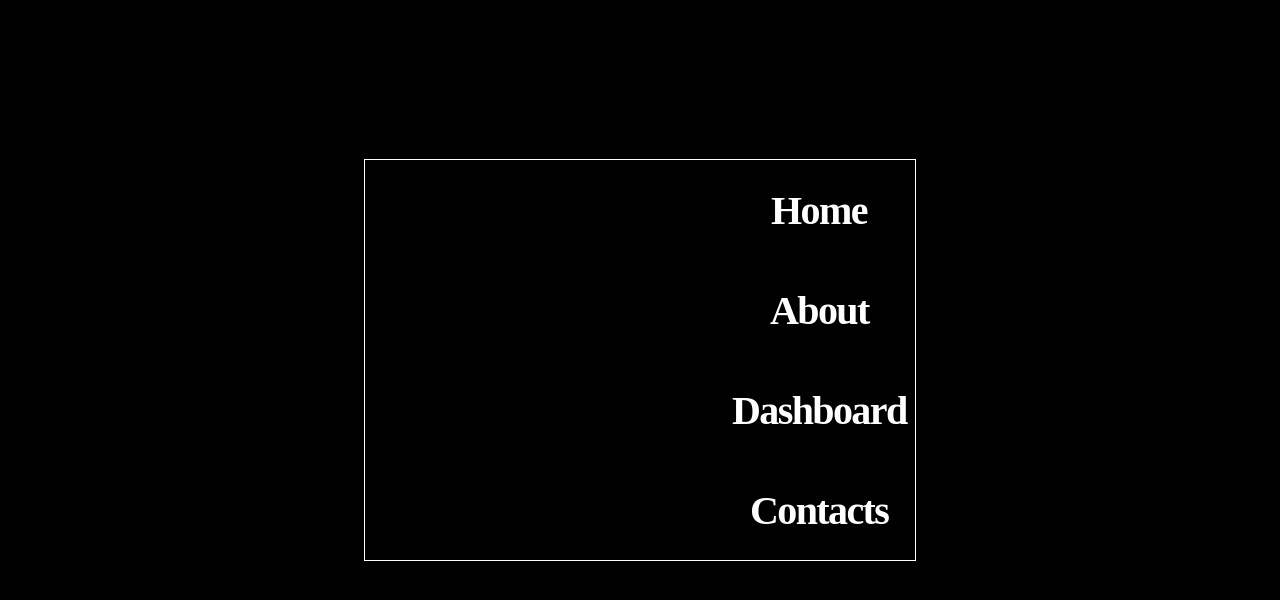
Repository: Rinzlerte/react-reveale-animation
Page: /menu
An editor plug-in stored every save of this project. The page is shown before and after the next save, followed by the edit.
The browser window is 1280 px wide. The pictures show the whole page.
The pointer rests on the first visible `.menu-box-link`.
The project was rebuilt for these pictures with package versions that can differ from the ones it lists, and the page was loaded fresh each time. Also part of the build but not shown: src/components/home/Featured.jsx, src/components/home/Header.jsx, src/components/ui/ArrowBtn.js, src/components/home/Home.jsx.

Above is the page before, as saved 2019-10-18 23:37:57.

### public/index.html
<!DOCTYPE html>
<html lang="en">
  <head>
    <meta charset="utf-8" />
    <link rel="icon" href="%PUBLIC_URL%/favicon.ico" />
    <meta name="viewport" content="width=device-width, initial-scale=1" />
    <meta name="theme-color" content="#000000" />
    <meta
      name="description"
      content="Web site created using create-react-app"
    />
    <link rel="apple-touch-icon" href="logo192.png" />
    <link rel="stylesheet" href="https://fonts.googleapis.com/css?family=Roboto:300,400,500,700&display=swap" />
    <!--
      manifest.json provides metadata used when your web app is installed on a
      user's mobile device or desktop. See https://developers.google.com/web/fundamentals/web-app-manifest/
    -->
    <link rel="manifest" href="%PUBLIC_URL%/manifest.json" />
    <!--
      Notice the use of %PUBLIC_URL% in the tags above.
      It will be replaced with the URL of the `public` folder during the build.
      Only files inside the `public` folder can be referenced from the HTML.

      Unlike "/favicon.ico" or "favicon.ico", "%PUBLIC_URL%/favicon.ico" will
      work correctly both with client-side routing and a non-root public URL.
      Learn how to configure a non-root public URL by running `npm run build`.
    -->
    <title>React App</title>
  </head>
  <body>
    <noscript>You need to enable JavaScript to run this app.</noscript>
    <div id="root"></div>
    <!--
      This HTML file is a template.
      If you open it directly in the browser, you will see an empty page.

      You can add webfonts, meta tags, or analytics to this file.
      The build step will place the bundled scripts into the <body> tag.

      To begin the development, run `npm start` or `yarn start`.
      To create a production bundle, use `npm run build` or `yarn build`.
    -->
  </body>
</html>

### src/App.js
import React, { Component } from 'react';
import Home from './components/home/Home';
import Navigation from './components/navigation/Navigation';

import { BrowserRouter, Route } from 'react-router-dom';


import './Resources/styles.css'

export default class App extends Component {
  render() {
    return (
      <BrowserRouter >
        <Route exact path="/" render={() => <Home />} />
        <Route path="/menu" render={() => <Navigation />}/>
      </BrowserRouter>
    )
  }
}

### src/components/navigation/Navigation.jsx
import React from 'react';
import './Navigation.css';
import {Link} from 'react-router-dom';

const Navigation = () =>  (
    <div className="menu"  style={{ height:`${window.innerHeight}px`}}>
        <div className="menu-box">
            <Link className="menu-box-link" to="/">Home</Link>
            <Link className="menu-box-link" to="/about">About</Link>
            <Link className="menu-box-link" to="/proects">Dashboard</Link>
            <Link className="menu-box-link" to="/contacts">Contacts</Link>
        </div>
    </div>
);

export default Navigation;

### src/Resources/styles.css
body {
  margin: 0;
  font-family: -apple-system, BlinkMacSystemFont, "Segoe UI", "Roboto", "Oxygen",
    "Ubuntu", "Cantarell", "Fira Sans", "Droid Sans", "Helvetica Neue",
    sans-serif;
  -webkit-font-smoothing: antialiased;
  -moz-osx-font-smoothing: grayscale;
  padding: 0;
  box-sizing: border-box;
  font-family: "Roboto", sans-serif;
}

code {
  font-family: source-code-pro, Menlo, Monaco, Consolas, "Courier New",
    monospace;
}

.home{
  width: 100%;
}

.header_logo{
  color: white;
  font-size: 28px;
}

.home{
  display: flex;
  justify-content: space-between;
  align-items: center;
  flex-direction: column;
}
.footer{
  bottom: 0;
  position: absolute;
  display: block;
  width: 100%;
  height: 80px;
  z-index: 99;
  display: flex;
  align-items: center;
  justify-content: space-around;
}

.myarrow{
  background-size: cover !important;
  display: block;
}

### src/components/navigation/Navigation.css
.menu{
    width: 100%;
    display: flex;
    justify-content: space-around;
    flex-direction: column;
    align-items: center;
    background-color: #000000;
}

.menu-box{
    pointer-events: none;
    opacity: 1;
    width: 550px;
    /* transform: matrix(1.1, 0, 0, 1.1, 341, 228); */
    height: 400px;
    display: flex;
    justify-content: space-around;
    flex-direction: column;
    align-items: center;
    border: 1px solid white;
}

.menu-box-link{
    display: block;
    text-decoration: none;
    text-align: center;
    letter-spacing: -0.04em;
    transform-origin: center center 0px;
    will-change: transform;
    cursor: pointer;
    color: #ffffff;
    font-size: 40px;
    font-weight: 700;
    font-family: GothamHTF;
    text-align: center;
    transform: translate3d(179px, 0px, 0px);
    visibility: inherit;
    opacity: 1;
    pointer-events: auto;
}

Loaded but not shown: src/index.js (common file); public/manifest.json (common file)

After the next save:
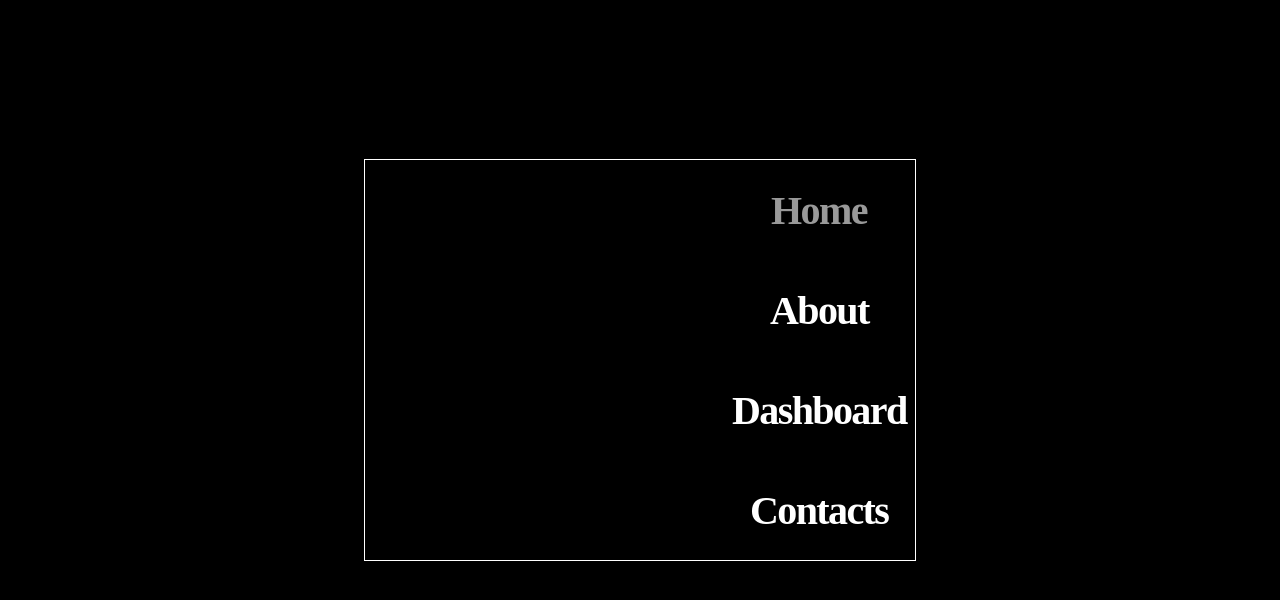
Saved 116 s later.
--- a/src/components/navigation/Navigation.css
+++ b/src/components/navigation/Navigation.css
@@ -38,3 +38,6 @@
     opacity: 1;
     pointer-events: auto;
 }
+.menu-box-link:hover{
+    opacity: 0.6;
+}
